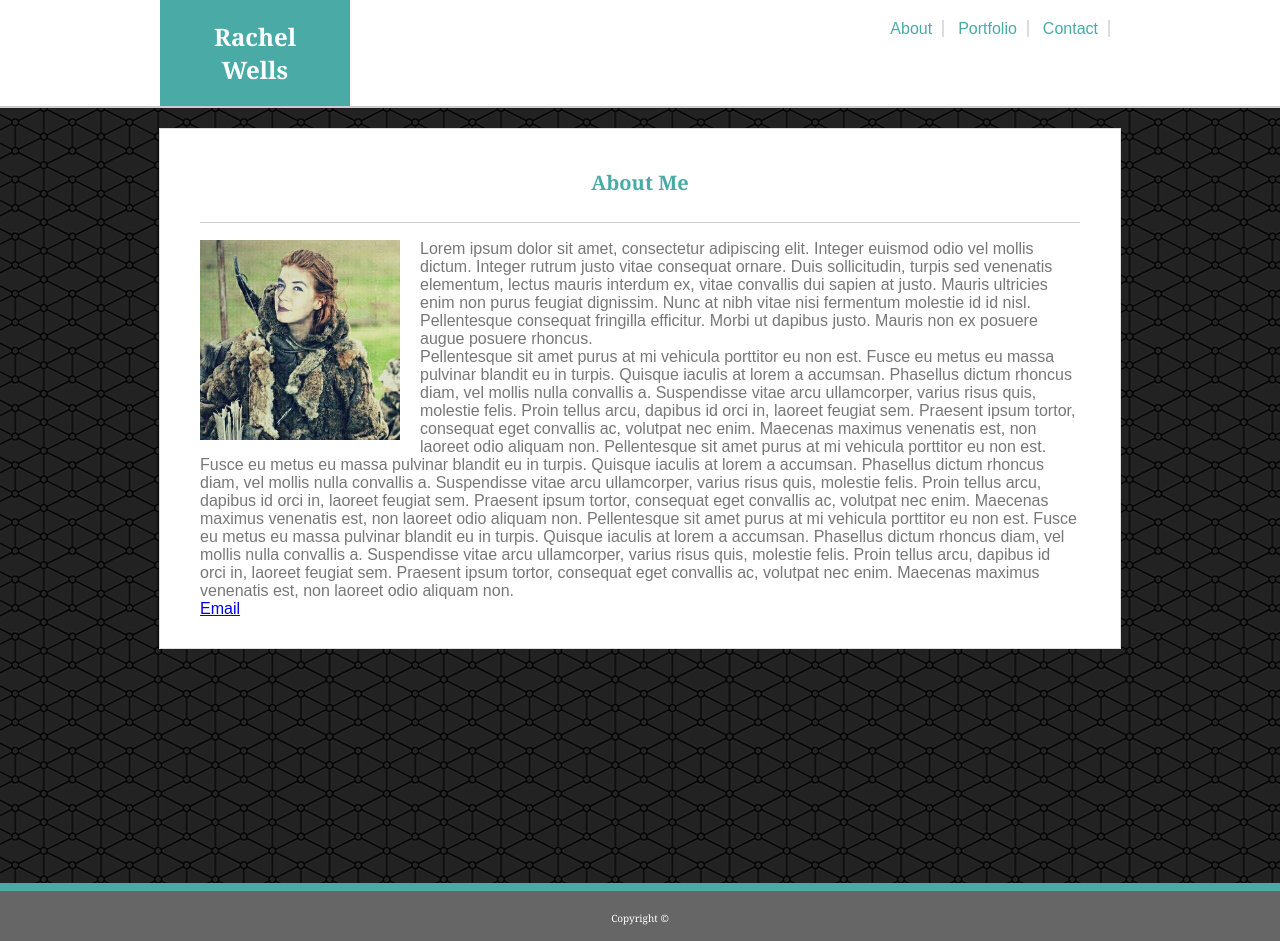
Repository: rachelsue/Responsive-Portfolio
Page: index.html
The author's editor kept a copy of each file at every save. The page is drawn from the files as they stood at one save, then again after the next save.
The browser window is 1280 px wide. The pictures show the whole page.

Above is the page before, as saved 2018-12-10 21:20:07.

After the next save:
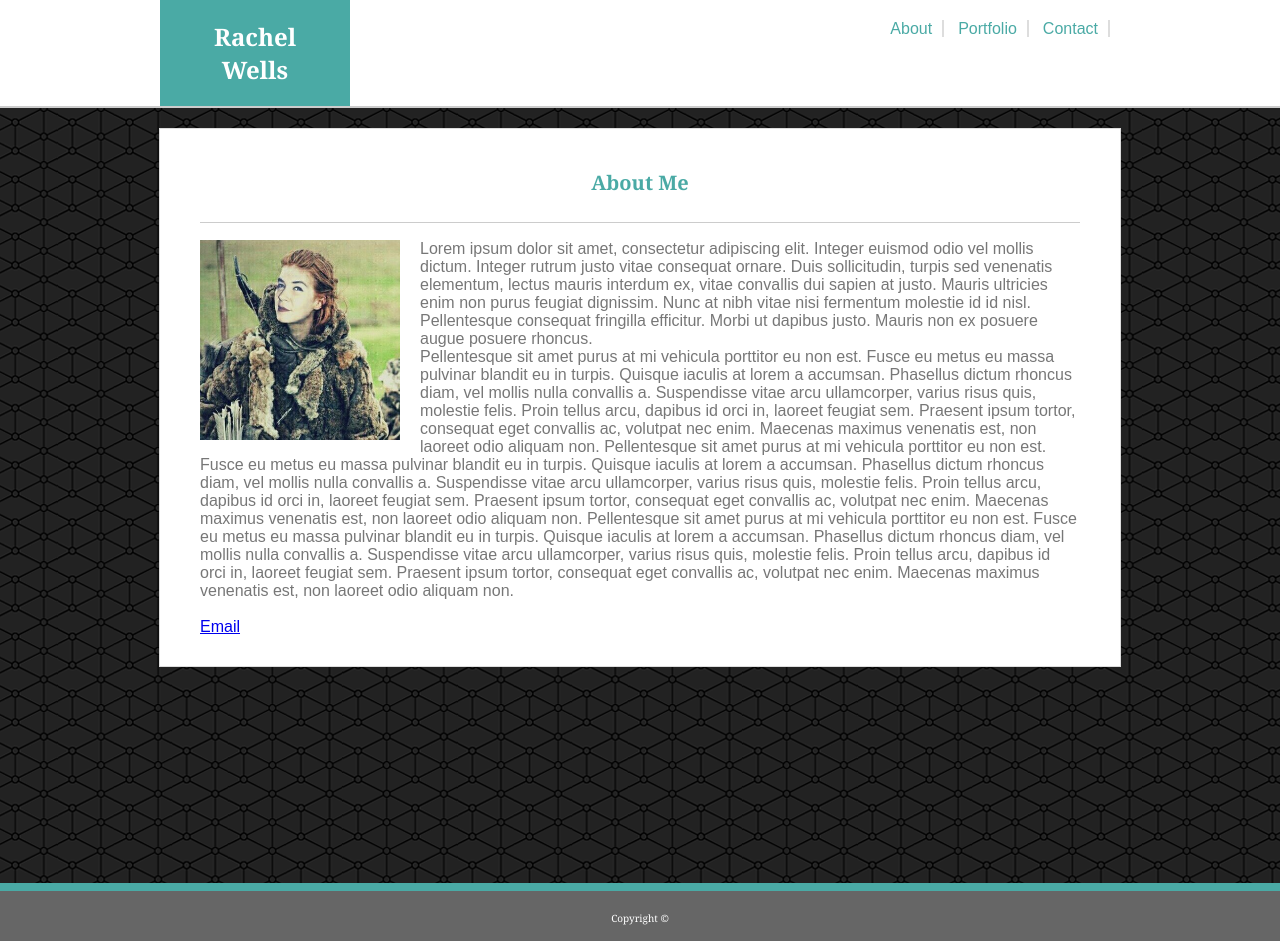
Saved 5 s later.
--- a/index.html
+++ b/index.html
@@ -64,7 +64,7 @@
                         molestie felis. Proin tellus arcu, dapibus id orci in, laoreet feugiat sem. Praesent ipsum
                         tortor, consequat eget convallis ac, volutpat nec enim. Maecenas maximus venenatis est, non
                         laoreet odio aliquam non.
-                        <br></nr>
+                        <br><br>
                         <a href="mailto:wells.rachelsue@gmail.com">Email</a>
                     </p>
                 </div>
